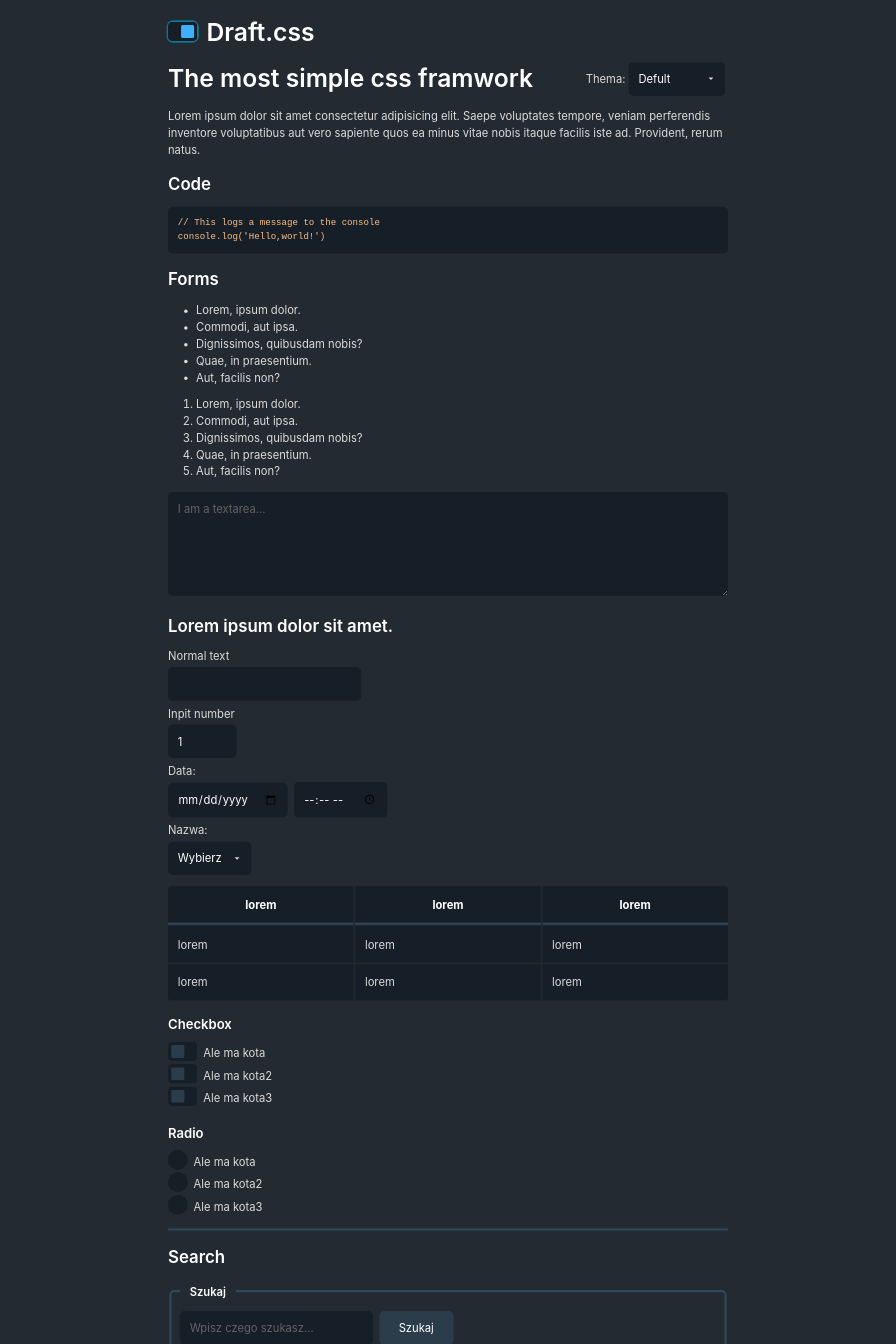
Repository: KozakBartosz/Draft
Page: index.html
The author's editor kept a copy of each file at every save. The page is drawn from the files as they stood at one save, then again after the next save.
The browser window is 1280 px wide. The pictures show the part of the page from y = 0 to 1920 px (the page is 3299 px tall before and 3521 px after), at 70% of full size.

Above is the page before, as saved 2019-04-12 08:07:15.

### index.html
<!DOCTYPE html>
<html lang="en">
	<head>
		<meta charset="UTF-8" />
		<meta name="viewport" content="width=device-width, initial-scale=1.0" />
		<meta http-equiv="X-UA-Compatible" content="ie=edge" />
		<title>Draft.css</title>
		<link rel="stylesheet" href="draft.css" />
	</head>
	<body>
		<h1><input type="checkbox" checked="checked" /> Draft.css</h1>
		<div style="float: right">
			Thema:
			<select name="" id="changethema">
				<option value="0">Defult</option>
				<option value="1">Defult mini</option>
				<option value="2">Light</option>
				<option value="3">Blood</option>
				<option value="4">Matrix</option>
			</select>
		</div>
		<h1>The most simple css framwork</h1>

		<p>
			Lorem ipsum dolor sit amet consectetur adipisicing elit. Saepe
			voluptates tempore, veniam perferendis inventore voluptatibus aut
			vero sapiente quos ea minus vitae nobis itaque facilis iste ad.
			Provident, rerum natus.
		</p>

		<h2>Code</h2>
		<pre><code>// This logs a message to the console<br />console.log('Hello,world!')</code></pre>
		<h2>Forms</h2>

		<ul>
			<li>Lorem, ipsum dolor.</li>
			<li>Commodi, aut ipsa.</li>
			<li>Dignissimos, quibusdam nobis?</li>
			<li>Quae, in praesentium.</li>
			<li>Aut, facilis non?</li>
		</ul>
		<ol>
			<li>Lorem, ipsum dolor.</li>
			<li>Commodi, aut ipsa.</li>
			<li>Dignissimos, quibusdam nobis?</li>
			<li>Quae, in praesentium.</li>
			<li>Aut, facilis non?</li>
		</ol>
		<textarea
			name="about"
			id="about"
			placeholder="I am a textarea..."
			rows="6"
		></textarea>
		<h2>Lorem ipsum dolor sit amet.</h2>
		<label>
			Normal text
			<input type="text" />
		</label>
		<label>
			Inpit number <input type="number" / value="1">
		</label>
		Data:
		<div>
			<input type="date" />
			<input type="time" />
		</div>
		<label>
			Nazwa:
			<select name="" id="">
				<option value="">Wybierz</option>
				<option value="">jeden</option>
				<option value="">dwa</option>
				<option value="">trzy</option>
			</select>
		</label>

		<table>
			<tr>
				<th>lorem</th>
				<th>lorem</th>
				<th>lorem</th>
			</tr>
			<tr>
				<td>lorem</td>
				<td>lorem</td>
				<td>lorem</td>
			</tr>
			<tr>
				<td>lorem</td>
				<td>lorem</td>
				<td>lorem</td>
			</tr>
		</table>

		<h3>Checkbox</h3>
		<label> <input type="checkbox" /> Ale ma kota </label>

		<label> <input type="checkbox" /> Ale ma kota2 </label>

		<label> <input type="checkbox" /> Ale ma kota3 </label>

		<h3>Radio</h3>
		<label> <input type="radio" name="radio" /> Ale ma kota </label>
		<label> <input type="radio" name="radio" /> Ale ma kota2 </label>
		<label> <input type="radio" name="radio" /> Ale ma kota3 </label>

		<hr />

		<h2>Search</h2>

		<fieldset class="search">
			<legend>Szukaj</legend>
			<form action="produkty,szukaj" method="get">
				<input
					type="text"
					name="q"
					placeholder="Wpisz czego szukasz..."
				/>
				<button>Szukaj</button>
			</form>
		</fieldset>

		<h2>Change button color by html</h2>

		<h2>Code</h2>
		<pre><code>&lt;button&gt;Exit&lt;/button&gt;<br>&lt;button style="--button: #7e1616; --buttonhover: #b40d0d;"&gt;
	Ok<br>&lt;/button&gt;</code></pre>

		<h3>result</h3>
		<button>Exit</button>
		<button style="--button: #7e1616; --buttonhover: #b40d0d;">
			Ok
		</button>

		<h2>Details</h2>

		<details>
			<summary>Szczypta detali</summary>
			<p>Informacje szczegółowe na dany temat.</p>
		</details>

		<details open>
			<summary>Jeszcze wiecej szczegółów</summary>
			<p>Tu jest jeszcze wiecej informacji szczegółowych</p>
		</details>

		<h2>Real Form</h2>

		<form>
			<label for="email">Email</label>
			<input
				type="email"
				name="email"
				id="email"
				placeholder="john.doe@gmail.com"
			/>

			<label for="id">User id (read only)</label>
			<input readonly="" name="id" id="id" value="04D6H89Z" />

			<label for="disabled">Random disabled input</label>
			<input
				disabled=""
				name="disabled"
				id="disabled"
				placeholder="Because why not?"
			/>

			<label for="about">About me</label>

			<input type="checkbox" name="remember" id="remember" checked="" />
			<label for="remember">Remember me</label>

			<input type="submit" />
		</form>

		<p>
			<strong>Lorem ipsum</strong> dolor sit,
			<a href="">amet consectetur adipisicing</a> elit.
			<i>Hic nobis</i> atque eligendi voluptatum doloribus rem praesentium
			veniam quo delectus explicabo, architecto ipsam ipsa unde vitae
			excepturi iusto nesciunt placeat ducimus.
		</p>
		<p>
			Lorem ipsum dolor sit amet consectetur adipisicing elit. Enim saepe
			quisquam delectus accusantium nam recusandae obcaecati ullam, non
			neque <a href="">commodi modi tempore </a>magni magnam. Tenetur
			officiis mollitia facere libero sint.
		</p>
		<h4>Lorem ipsum dolor sit amet.</h4>
		<p>
			Lorem ipsum dolor, sit amet consectetur adipisicing elit. Possimus,
			vero quibusdam. Rerum libero nihil aspernatur, ipsam vel voluptatem
			inventore quasi. Odit, sapiente? Delectus beatae laudantium sapiente
			cupiditate et libero? Corrupti.
		</p>

		<button>Send</button>
		<script>
			var themes = [
				[
					{ brand: "#41adff" },
					{ mainbg: "#232a31" },
					{ mainpaddng: "14px" },
					{ radius: "7px" },

					{ low: "#161f27" },
					{ like: "#2b3c4b" },
					{ midi: "#324759" },
					{ hight: "#0b7392" },

					{ text: "#dbdbdb" },
					{ textContrast: "#fff" },

					{ code: "#ffbe85" },

					{ button: "#2b3c4a" },
					{ buttonhover: "#334a5e" },
					{ buttontext: "#fff" },

					{ fillhover: "#1b2731" }
				],
				[
					{ brand: "#41adff" },
					{ mainbg: "#232a31" },
					{ mainpaddng: "12px" },
					{ radius: "12px" },

					{ low: "#161f27" },
					{ like: "#2b3c4b" },
					{ midi: "#324759" },
					{ hight: "#0b7392" },

					{ text: "#dbdbdb" },
					{ textContrast: "#fff" },

					{ code: "#ffbe85" },

					{ button: "#2b3c4a" },
					{ buttonhover: "#334a5e" },
					{ buttontext: "#fff" },

					{ fillhover: "#1b2731" }
				],
				[
					{ brand: "#41adff" },
					{ mainbg: "#ffffff" },
					{ mainpaddng: "14px" },
					{ radius: "7px" },

					{ low: "#e8f1fa" },
					{ like: "#cfe2f7" },
					{ midi: "#b2cee7" },
					{ hight: "#1db5e4" },

					{ text: "#3f4646" },
					{ textContrast: "#1a1f1f" },

					{ code: "#20595f" },

					{ button: "#3dcca1" },
					{ buttonhover: "#34e0ad" },
					{ buttontext: "#fff" },

					{ fillhover: "#e8f5ff" }
				],
				[
					{ mainpaddng: "18px" },
					{ radius: "3px" },
					{ brand: "#c21a1a" },
					{ mainbg: "#312323" },

					{ code: "#ffbe85" },

					{ text: "#dbdbdb" },
					{ textContrast: "#fff" },

					{ button: "#4a2b2b" },
					{ buttonhover: "#5e3333" },
					{ buttontext: "#fff" },

					{ fillhover: "#311b1b" },

					{ low: "#271616" },
					{ like: "#4b2b2b" },
					{ midi: "#593232" },
					{ hight: "#800f0f" }
				],
				[
					{ mainpaddng: "11px" },
					{ radius: "13px" },
					{ brand: "#1ac260" },
					{ mainbg: "#233126" },

					{ code: "#c0ff85" },

					{ text: "#dbdbdb" },
					{ textContrast: "#fff" },

					{ button: "#324a2b" },
					{ buttonhover: "#385e33" },
					{ buttontext: "#fff" },

					{ fillhover: "#1b3122" },

					{ low: "#162717" },
					{ like: "#2b4b2e" },
					{ midi: "#32593f" },
					{ hight: "#0f803a" }
				]
			];

			let changethema = document.getElementById("changethema");
			let root = document.documentElement;
			changethema.addEventListener("change", e => {
				console.log(e);
				var theme = themes[e.target.value];
				theme.forEach(element => {
					var k = Object.keys(element)[0];
					root.style.setProperty("--" + k, element[k]);
				});
			});
		</script>
	</body>
</html>

### draft.css
/* TO DO */
/* <details> */
:root {
	--brand: #41adff;
	--mainbg: #232a31;
	--mainpaddng: 14px;
	--radius: 7px;

	--low: #161f27;
	--like: #2b3c4b;
	--midi: #324759;
	--hight: #0b7392;

	--text: #dbdbdb;
	--textContrast: #fff;

	--code: #ffbe85;

	--button: #2b3c4a;
	--buttonhover: #334a5e;
	--buttontext: #fff;

	--fillhover: #1b2731;
}
/*
:root {
	--brand: #41adff;
	--mainbg: #ffffff;
	--mainpaddng: 14px;
	--radius: 7px;

	--low: #e8f1fa;
	--like: #cfe2f7;
	--midi: #b2cee7;
	--hight: #1db5e4;

	--text: #3f4646;
	--textContrast: #1a1f1f;

	--code: #20595f;

	--button: #3dcca1;
	--buttonhover: #34e0ad;
	--buttontext: #fff;

	--fillhover: #e8f5ff;
} */

/* :root {
	--mainpaddng: 18px;
	--radius: 3px;
	--brand: #c21a1a;
	--mainbg: #312323;

	--code: #ffbe85;

	--text: #dbdbdb;
	--textContrast: #fff;

	--button: #4a2b2b;
	--buttonhover: #5e3333;
	--buttontext: #fff;

	--fillhover: #311b1b;

	--low: #271616;
	--like: #4b2b2b;
	--midi: #593232;
	--hight: #800f0f;
} */

/* :root {
	--mainpaddng: 11px;
	--radius: 13px;
	--brand: #1ac260;
	--mainbg: #233126;

	--code: #c0ff85;

	--text: #dbdbdb;
	--textContrast: #fff;

	--button: #324a2b;
	--buttonhover: #385e33;
	--buttontext: #fff;

	--fillhover: #1b3122;

	--low: #162717;
	--like: #2b4b2e;
	--midi: #32593f;
	--hight: #0f803a;
} */
body {
	font-family: -apple-system, BlinkMacSystemFont, "Segoe UI", "Roboto",
		"Oxygen", "Ubuntu", "Cantarell", "Fira Sans", "Droid Sans",
		"Helvetica Neue", sans-serif;
	line-height: 1.5;
	max-width: 800px;
	margin: 20px auto;
	padding: 0 var(--mainpaddng);
	color: var(--text);
	background: var(--mainbg);
	text-rendering: optimizeLegibility;
}

label {
	display: block;
}

button,
input,
textarea {
	vertical-align: middle;
	transition: background-color 0.2s ease, box-shadow 0.2s ease,
		transform 0.2s ease;
}
h1 {
	font-size: 2.2em;
	margin-top: 0;
}
h1,
h2,
h3,
h4,
h5,
h6 {
	margin-bottom: 12px;
}
h1,
h2,
h3,
h4,
h5,
h6,
strong {
	color: var(--textContrast);
	font-weight: 600;
}
button,
input[type="submit"],
input[type="button"],
input[type="checkbox"],
input[type="radio"] {
	cursor: pointer;
	display: inline-block;
}

input,
select,
button,
textarea {
	/* display: block; */
	color: var(--textContrast);
	background-color: var(--low);
	font-family: inherit;
	font-size: inherit;
	margin: 4px 4px 6px 0;
	padding: var(--mainpaddng);
	border: none;
	border-radius: var(--radius);
	outline: none;
	-webkit-appearance: none;
}
input[type="number"] {
	max-width: calc(var(--mainpaddng) * 5);
}

button:hover,
input:hover,
select:hover,
textarea:hover,
textarea:hover {
	background-color: var(--fillhover);
}

label > input,
label > select {
	display: block;
}

textarea {
	margin-right: 0;
	width: 100%;
	box-sizing: border-box;
	resize: vertical;
}
button,
input[type="submit"],
input[type="button"] {
	color: var(--buttontext);
	background-color: var(--button);
	padding: var(--mainpaddng) calc(var(--mainpaddng) * 2);
}

select {
	padding-right: calc(var(--mainpaddng) * 3);
	background: var(--low)
		url("data:[embedded picture, 198 characters]")
		100% 50%/27px 7px no-repeat;
}

input:focus,
select:focus,
button:focus,
textarea:focus {
	background-color: var(--fillhover);
	box-shadow: 0 0 0 2px var(--hight);
}

button:focus,
input[type="submit"]:focus,
input[type="button"]:focus {
	background-color: var(--buttonhover);
}

button:hover,
input[type="submit"]:hover,
input[type="button"]:hover {
	background-color: var(--buttonhover);
	box-shadow: 0 5px 20px -5px rgba(0, 0, 0, 0.35), 0 3px 0 0 var(--button);
	transform: translateY(-3px);
}
button:active {
	transform: translateY(0px);
	box-shadow: 0 5px 20px -5px rgba(0, 0, 0, 0.35);
}

input:disabled {
	cursor: not-allowed;
	opacity: 0.5;
}

input[type="radio"],
input[type="checkbox"] {
	margin-top: -2px;
	transition: background-color 0.25s ease,
		box-shadow 0.25s cubic-bezier(0.53, 1.59, 0.51, 1);
}
input[type="checkbox"] {
	background-color: var(--like);
	width: calc(var(--mainpaddng) * 3);
	box-shadow: calc(var(--mainpaddng) * -1) 0 0 calc(var(--mainpaddng) / 3)
			var(--low) inset,
		0 0 0 calc(var(--mainpaddng) / 3) var(--low) inset;
}
input[type="checkbox"]:hover,
input[type="radio"]:hover {
	background-color: var(--midi);
}
input[type="checkbox"]:focus {
	box-shadow: calc(var(--mainpaddng) * -1) 0 0 calc(var(--mainpaddng) / 3)
			var(--low) inset,
		0 0 0 calc(var(--mainpaddng) / 3) var(--low) inset,
		0 0 0 2px var(--hight);
}

input[type="radio"] {
	border-radius: 100%;
	box-shadow: 0 0 0 calc(var(--mainpaddng) / 2) var(--low) inset;
}
input[type="checkbox"]:checked,
input[type="radio"]:checked {
	box-shadow: 0 0 0 calc(var(--mainpaddng) / 3) var(--low) inset,
		0 0 0 2px var(--hight), 0 0 0 1px var(--low);
	background-color: var(--brand);
}

input[type="checkbox"]:checked {
	box-shadow: var(--mainpaddng) 0 0 calc(var(--mainpaddng) / 3) var(--low)
			inset,
		0 0 0 calc(var(--mainpaddng) / 3) var(--low) inset,
		0 0 0 2px var(--hight);
}

::placeholder {
	color: #636363;
}
a {
	text-decoration: none;
	color: var(--hight);
}
a:hover {
	text-decoration: underline;
	color: var(--brand);
}
ul,
ol {
	margin: var(--mainpaddng) 0;
}

code,
kbd {
	background: var(--low);
	color: var(--code);
	padding: var(--mainpaddng);
	border-radius: var(--radius);
}
/* pre {
	margin: 0 calc(var(--mainpaddng) * -1);
} */
pre > code {
	display: block;
	overflow-x: auto;
}
img {
	max-width: 100%;
}
hr {
	margin: var(--mainpaddng) 0;
	border: none;
	height: 3px;
	border-radius: calc(var(--radius) / 6);
	background: var(--midi);
}
fieldset {
	border: 3px solid var(--midi);
	border-radius: var(--radius);
}
fieldset > legend {
	font-weight: 600;
	color: var(--textContrast);
	padding: calc(var(--mainpaddng) / 2) calc(var(--mainpaddng));
}

table {
	/* border-collapse: collapse; */
	margin: var(--mainpaddng) -2px;
	border-radius: calc(var(--radius) + 4px);
	width: calc(100% + 4px);
	overflow: hidden;
	border-spacing: 2px;
}
td,
th {
	padding: var(--mainpaddng);
	background: var(--low);
}
th {
	border-bottom: 3px solid var(--midi);
	color: var(--textContrast);
}
tr:hover td,
tr:hover th {
	background-color: var(--fillhover);
}

After the next save:
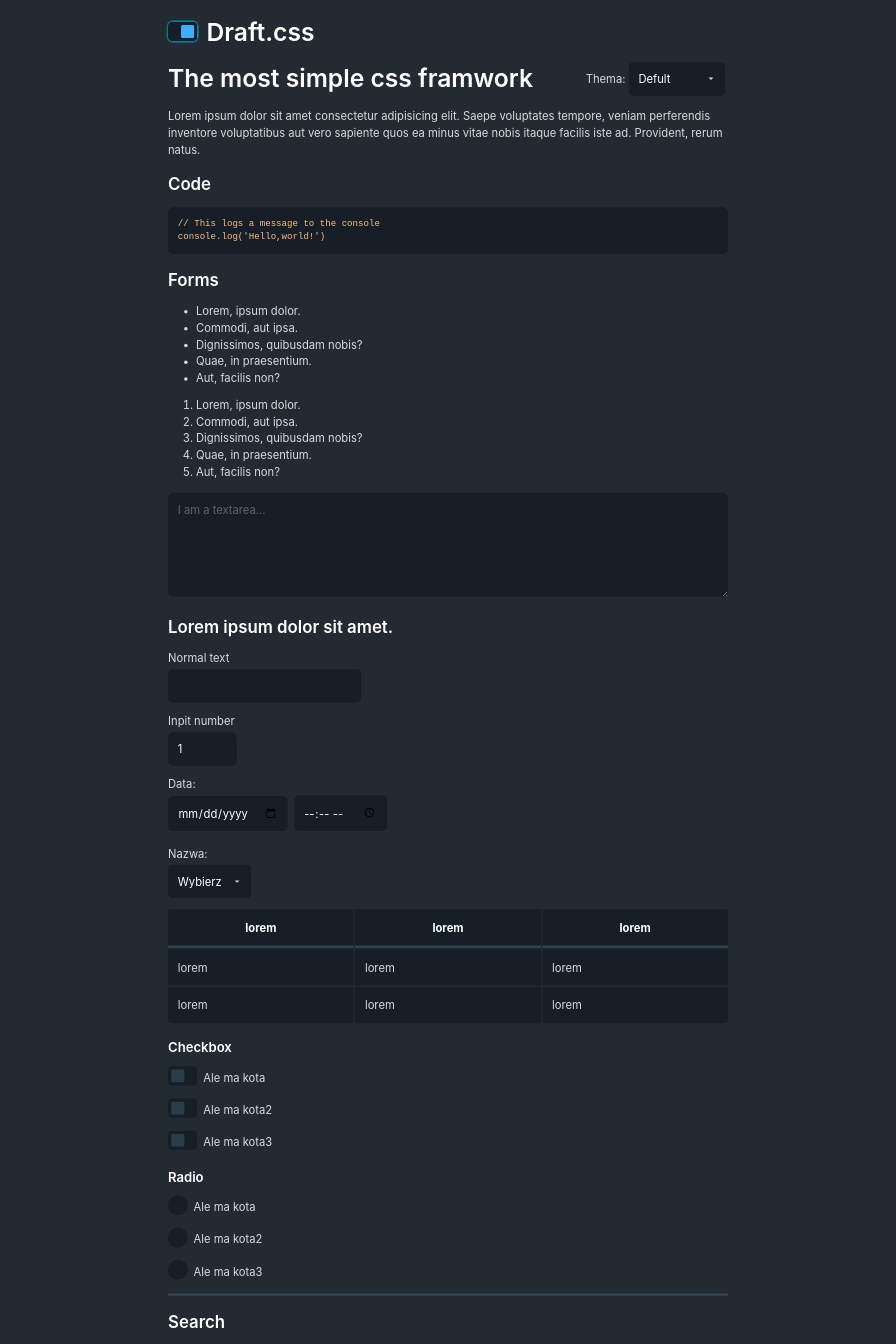
Saved 17 s later.
--- a/draft.css
+++ b/draft.css
@@ -285,7 +285,9 @@ a:hover {
 	color: var(--brand);
 }
 ul,
-ol {
+ol,
+label,
+code {
 	margin: var(--mainpaddng) 0;
 }
 
